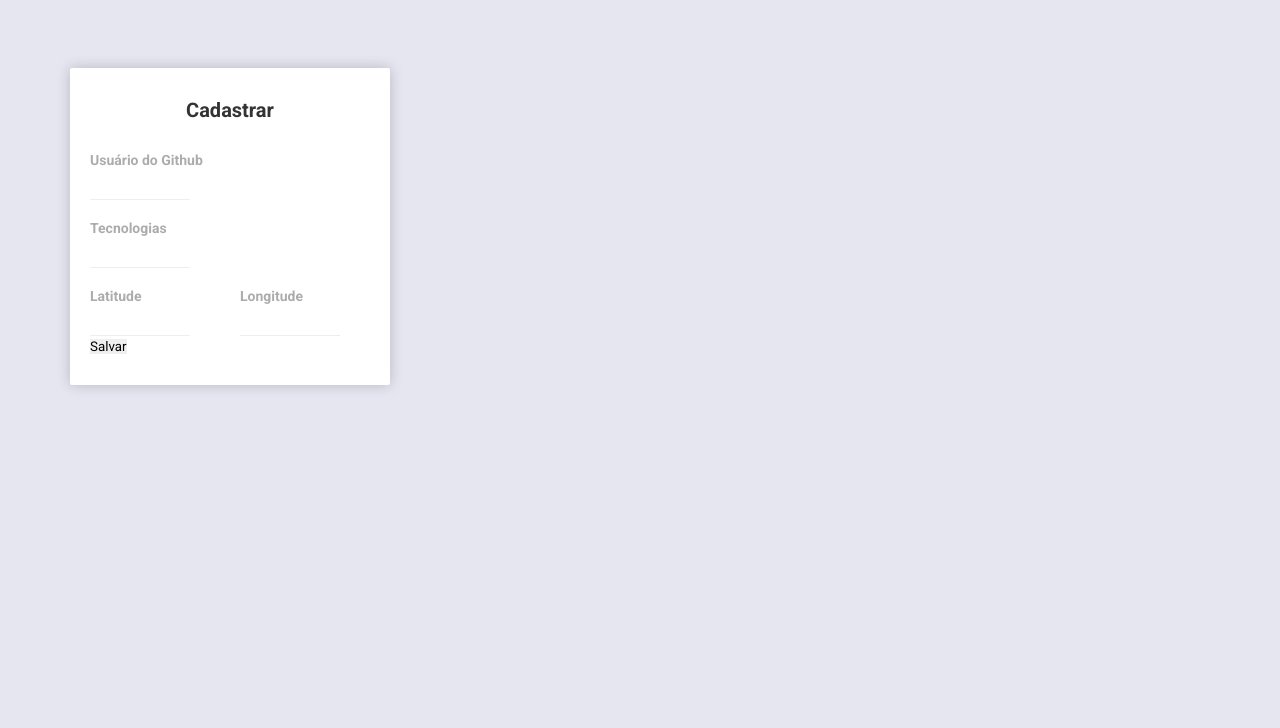
Repository: Jonatas-Castro/react_frontend
Page: /
An editor plug-in stored every save of this project. The page is shown before and after the next save, followed by the edit.
The browser window is 1280 px wide. The pictures show the whole page.
The project was rebuilt for these pictures with package versions that can differ from the ones it lists, and the page was loaded fresh each time. Also part of the build but not shown: src/Mean.css.

Above is the page before, as saved 2020-01-16 15:16:26.

### src/App.js
import React from 'react';
import './global.css';
import './App.css';
import './Sidebar.css';
import './Mean.css';

// Componente: Bloco isolado de HTML, CSS OU JS, o quel não interfere no restante da aplicação.
// Propriedade: Informações que um componente PAI passa para um componente FILHO
// estado: Informações mantidas pelo componente (Lembrar : Imutabilidade)


function App() {

  return (
    <div id="app">
      <aside>
        <strong>Cadastrar</strong>
        <form action="">

          <div class="input-block">
            <label htmlFor="github_username">Usuário do Github</label>
            <input type="text" name="github_username" id="github_username" required />
          </div>

          <div class="input-block">
            <label htmlFor="techs">Tecnologias</label>
            <input type="text" name="techs" id="techs" required />
          </div>

          <div className="input-group">
            <div class="input-block">
              <label htmlFor="latitude">Latitude</label>
              <input type="text" name="latitude" id="latitude" required />
            </div>
            <div class="input-block">
            <label htmlFor="longitude">Longitude</label>
            <input type="text" name="longitude" id="longitude" required />
          </div>
          </div>
          <button type="submit">Salvar</button>
        </form>
      </aside>
      <main></main>
    </div>
   );
}

export default App;

### src/global.css
@import url('https://fonts.googleapis.com/css?family=Roboto:400,700&display=swap');
*{
    border:0;
    padding: 0;
    outline: 0;
    box-sizing: border-box;
}
html,body,#root{
    height: 100%;
}
body{
    background: #e5e6f0;
    -webkit-font-smoothing: antialiased;
}

body, input, button{
    font-family: roboto, sans-serif;
}

### src/App.css
#app{
    max-width: 1200px;
    margin: 0 auto;
    padding:60px 30px;
    display: flex;
    flex-direction: row;
    align-items: flex-start;
}

### src/Sidebar.css
aside{
    width: 320px;
    background: #fff;
    box-shadow:0 0 14px 0 rgba(0, 0, 0, 0.2);
    border-radius: 2px;
    padding: 30px 20px;
}
aside strong{
    font-size: 20px;
    text-align: center;
    display: block;
    color: #333;
}
aside form{
    margin-top: 30px;

}
aside form .input-block +.input-block{
    margin-top: 20px;
}

aside form .input-group{
    margin-top: 20px;
    display: grid;
    gap: 20px;
    grid-template-columns: 1fr 1fr;
}

aside form .input-group .input-block{
    margin-top: 0px;
}

aside form .input-block label{
    color:#acacac;
    font-size: 14px;
    font-weight: bold;
    display: block;
}
aside form .input-block input{
    width: 100px;
    height: 32px;
    font-size: 14px;
    color: #777;
    border: 0;
    border-bottom: 1px solid #eee;
}

Loaded but not shown: public/index.html (common file); src/index.js (common file)

After the next save:
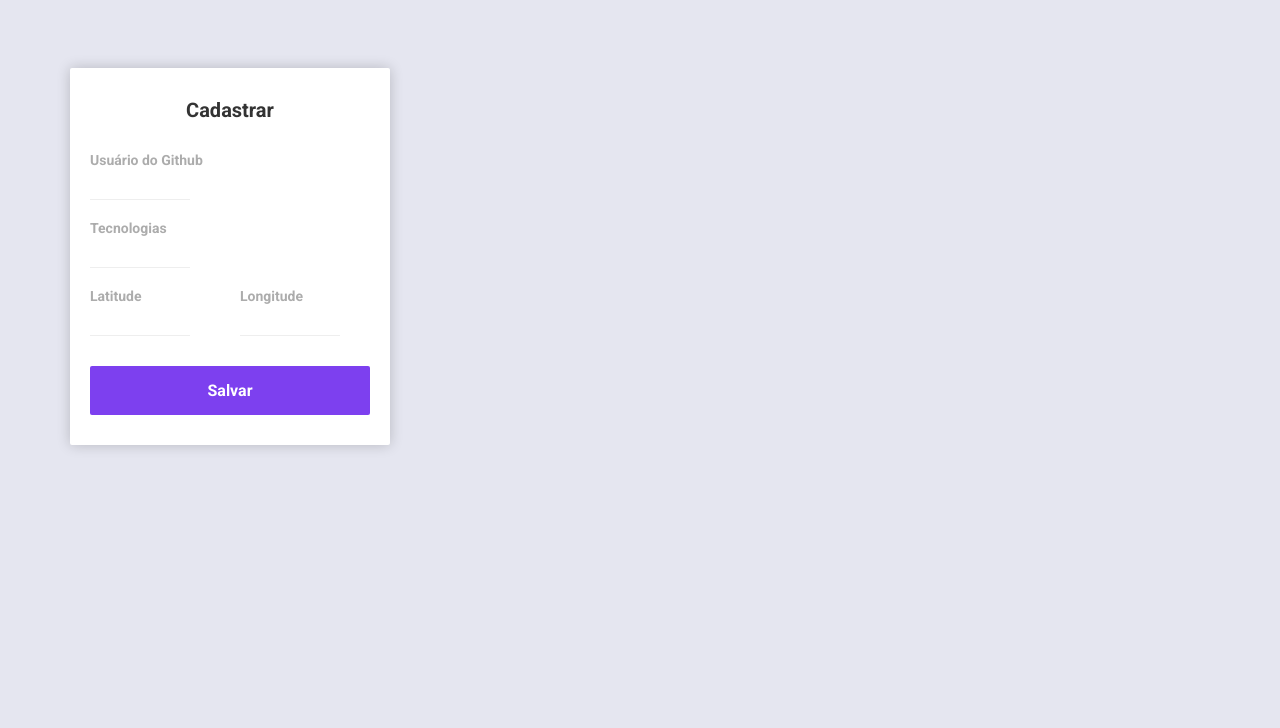
Saved 3 min 31 s later.
--- a/src/Sidebar.css
+++ b/src/Sidebar.css
@@ -44,3 +44,19 @@ aside form .input-block input{
     border: 0;
     border-bottom: 1px solid #eee;
 }
+aside form button[type=submit]{
+    width: 100%;
+    border:0;
+    margin-top: 30px;
+    background: #7d40ef;
+    border-radius: 2px;
+    padding: 15px 20px;
+    font-size: 16px;
+    font-weight: bold;
+    color: #fff;
+    cursor: pointer;
+
+}
+aside form button[type=submit]:hover{
+    background: #6931ca;
+}
